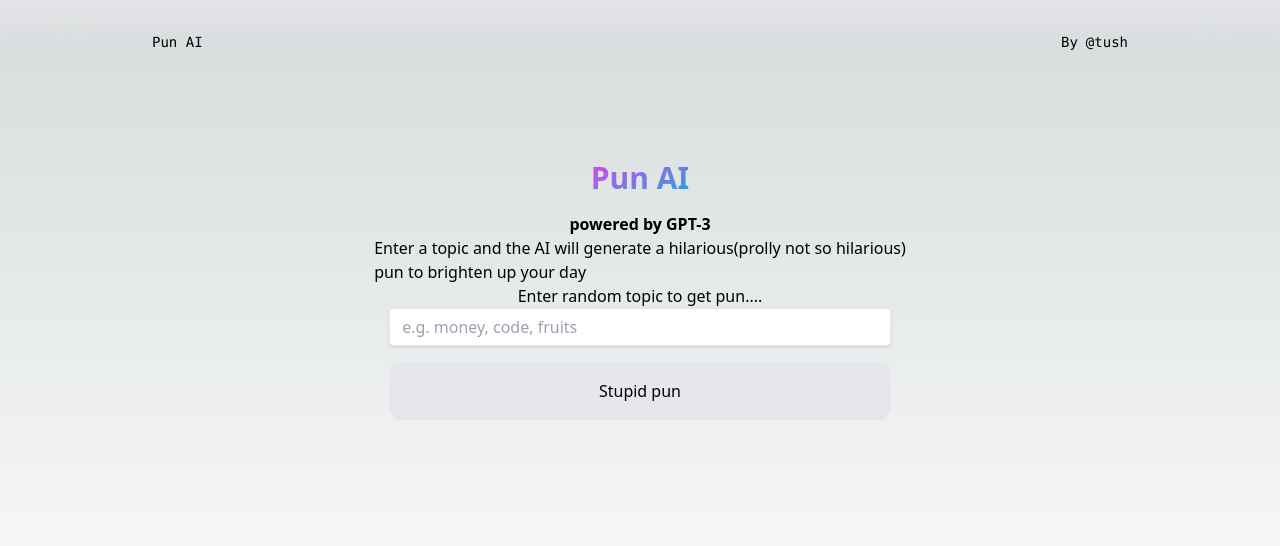
Repository: tushcmd/next-puns-ai
Page: /
These files come from the project's save history. The page is drawn as it stood at one moment and after the next save; the edit follows.
The browser window is 1280 px wide. The pictures show the whole page.
The project was rebuilt for these pictures with package versions that can differ from the ones it lists, and the page was loaded fresh each time. The framework's server and built-in components were replaced by stand-ins that run in the browser. Also part of the build but not shown: next.config.mjs, app/components/Spinner.tsx.

Above is the page before, as saved 2024-03-07 22:04:01.

After the next save:
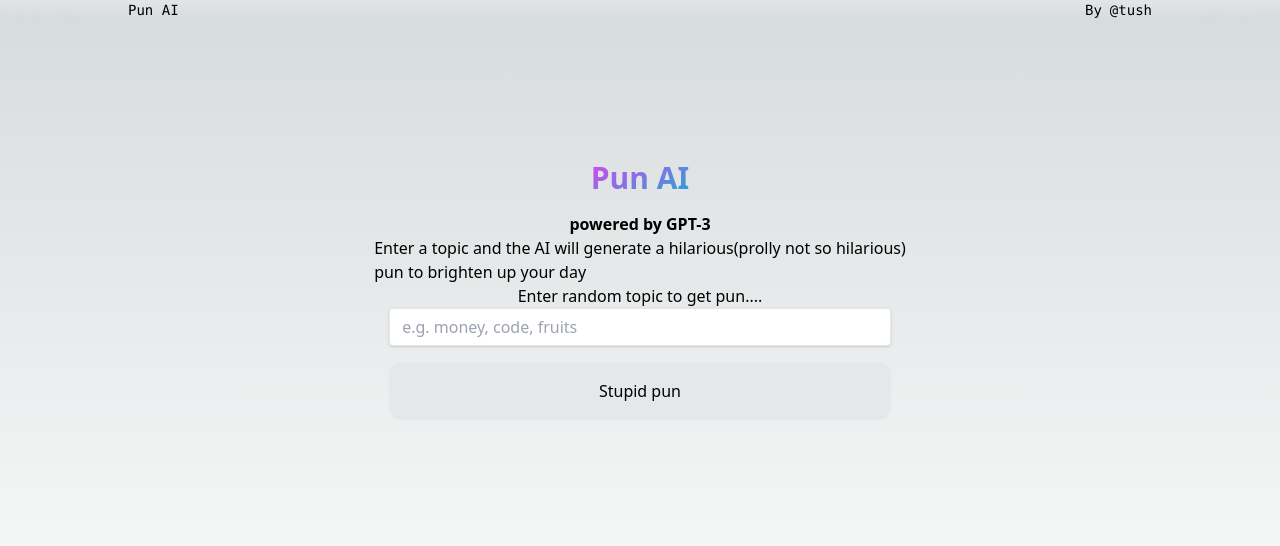
Saved 19 s later.
--- a/app/components/header.tsx
+++ b/app/components/header.tsx
@@ -2,8 +2,8 @@
 
 export default function Header() {
     return (
-        <header className="fixed flex justify-center items-center w-full z-50 t-0 bg-gradient-to-b from-zinc-200 pt-8 backdrop-blur-2xl dark:bg-zinc-800/30 dark:from-inherit">
-            <div className="flex flex-row items-center w-full md:max-w-5xl px-6 justify-between font-mono text-sm">
+        <header className="fixed flex justify-center items-center w-full z-50 t-0 bg-gradient-to-b from-zinc-200  backdrop-blur-2xl dark:bg-zinc-800/30 dark:from-inherit">
+            <div className="flex flex-row items-center w-full md:max-w-5xl justify-between font-mono text-sm">
                 <Link
                     className=""
                     href='/'
